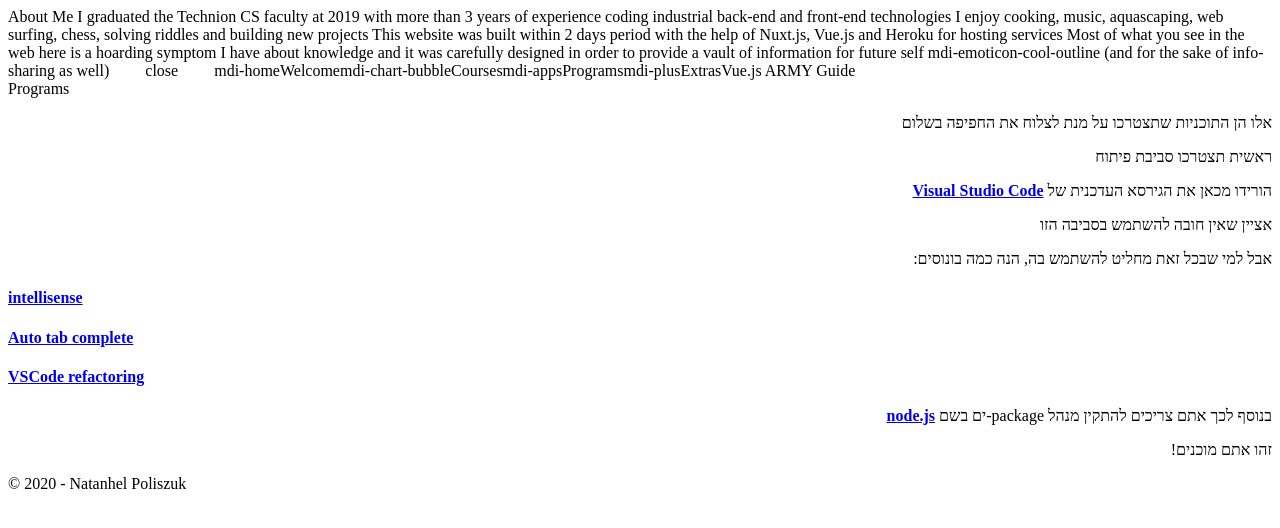
Repository: Natanhel/zvguide
Page: /Programs
An editor plug-in stored every save of this project. The page is shown before and after the next save, followed by the edit.
The browser window is 1280 px wide. The pictures show the whole page.
The project was rebuilt for these pictures with package versions that can differ from the ones it lists, and the page was loaded fresh each time. The framework's server and built-in components were replaced by stand-ins that run in the browser. Also part of the build but not shown: layouts/error.vue.

Above is the page before, as saved 2020-03-21 18:56:44.

### layouts/default.vue
<template>
  <v-app dark>
    <v-dialog
      v-model="aboutMe"
      max-width="450"
    >
      <v-card>
        <v-card-title>About Me</v-card-title>
        <v-card-text>
          I graduated the Technion CS faculty at 2019
          with more than 3 years of experience coding
          industrial back-end and front-end technologies
        </v-card-text>

        <v-card-text>
          I enjoy cooking, music, aquascaping, web surfing,
          chess, solving riddles and building new projects
        </v-card-text>

        <v-card-text>
          This website was built within 2 days period
          with the help of Nuxt.js, Vue.js and Heroku
          for hosting services
        </v-card-text>

        <v-card-text>
          Most of what you see in the web here
          is a hoarding symptom I have about knowledge and
          it was carefully designed in order to provide a
          vault of information for future self
          <v-icon>mdi-emoticon-cool-outline</v-icon>
        </v-card-text>
        <v-card-text>
          (and for the sake of info-sharing as well)
        </v-card-text>
        <v-card-action>
          <v-btn class="closeBtn" color="primary" @click="aboutMe = !aboutMe">
            close
          </v-btn>
        </v-card-action>
      </v-card>
    </v-dialog>
    <v-navigation-drawer
      v-model="drawer"
      :mini-variant="miniVariant"
      :clipped="clipped"
      fixed
      app
    >
      <v-list>
        <v-list-item
          v-for="(item, i) in items"
          :key="i"
          :to="item.to"
          router
          exact
        >
          <v-list-item-action>
            <v-icon>{{ item.icon }}</v-icon>
          </v-list-item-action>
          <v-list-item-content>
            <v-list-item-title v-text="item.title" />
          </v-list-item-content>
        </v-list-item>
      </v-list>
    </v-navigation-drawer>
    <v-app-bar
      :clipped-left="clipped"
      fixed
      app
    >
      <v-app-bar-nav-icon @click.stop="drawer = !drawer" />
      <v-toolbar-title v-text="title" />
      <v-spacer />
    </v-app-bar>
    <v-content>
      <v-container>
        <nuxt />
      </v-container>
    </v-content>
    <v-footer
      :fixed="fixed"
      app
    >
      <span @click="aboutMe = !aboutMe">&copy; {{ new Date().getFullYear() }} - Natanhel Poliszuk</span>
    </v-footer>
  </v-app>
</template>

<script>
export default {
  name: 'Default',
  data () {
    return {
      aboutMe: false,
      clipped: false,
      drawer: false,
      fixed: false,
      items: [
        {
          icon: 'mdi-home',
          title: 'Welcome',
          to: '/'
        },
        {
          icon: 'mdi-chart-bubble',
          title: 'Courses',
          to: '/courses'
        },
        {
          icon: 'mdi-apps',
          title: 'Programs',
          to: '/programs'
        },
        {
          icon: 'mdi-plus',
          title: 'Extras',
          to: '/extras'
        }
      ],
      miniVariant: false,
      right: false,
      rightDrawer: false,
      title: 'Vue.js ARMY Guide'
    }
  }
}
</script>

<style>
.closeBtn{
  padding: 1em;
  margin: 1em;
}
</style>

### pages/Programs.vue
<template>
  <div>
    <v-layout
      column
      justify-center
      align-center
    >
      <v-flex
        xs12
        sm8
        md6
      >
        <v-card>
          <v-card-title class="headline">
            {{ title }}
          </v-card-title>
          <v-card-text>
            <p>אלו הן התוכניות שתצטרכו על מנת לצלוח את החפיפה בשלום</p>
            <p>ראשית תצטרכו סביבת פיתוח</p>
            <p>
              הורידו מכאן את הגירסא העדכנית של <a
                href="https://code.visualstudio.com/"
                target="_blank"
              >
                <b>Visual Studio Code</b>
              </a>
            </p>
            <p>אציין שאין חובה להשתמש בסביבה הזו </p>
            <p> אבל למי שבכל זאת מחליט להשתמש בה, הנה כמה בונוסים:</p>

            <a
              href="https://code.visualstudio.com/docs/languages/javascript#_intellisense"
              target="_blank"
            >
              <h4>intellisense</h4>
            </a>

            <a
              href="https://code.visualstudio.com/docs/editor/intellisense#_tab-completion"
              target="_blank"
            >
              <h4>Auto tab complete</h4>
            </a>

            <a
              href="https://code.visualstudio.com/docs/editor/refactoring"
              target="_blank"
            >
              <h4>VSCode refactoring</h4>
            </a>
            <p />
            <p>
              בנוסף לכך אתם צריכים להתקין מנהל package-ים בשם <a
                href="https://nodejs.org/en/"
                target="_blank"
              >
                <b>node.js</b>
              </a>
            </p><p>זהו אתם מוכנים!</p>
          </v-card-text>
        </v-card>
      </v-flex>
    </v-layout>
  </div>
</template>

<script>
export default {
  transition: {
    name: 'test',
    mode: 'out-in'
  },
  data () {
    return {
      title: 'Programs'
    }
  }
}
</script>

<style>
p {
    direction: rtl;
}
</style>

After the next save:
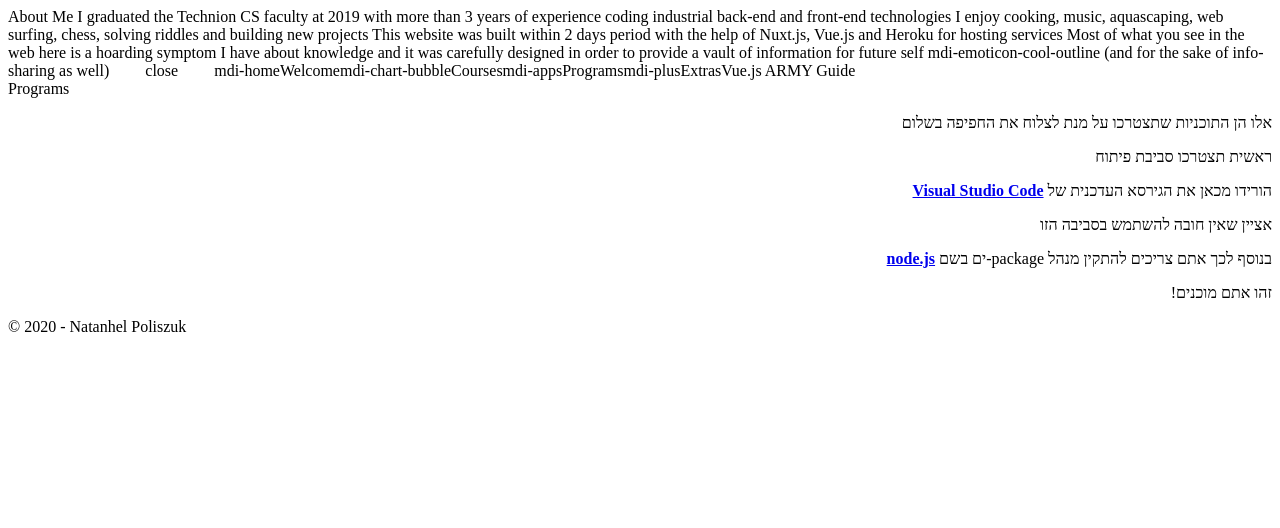
Saved 76 s later.
--- a/pages/Programs.vue
+++ b/pages/Programs.vue
@@ -26,28 +26,7 @@
               </a>
             </p>
             <p>אציין שאין חובה להשתמש בסביבה הזו </p>
-            <p> אבל למי שבכל זאת מחליט להשתמש בה, הנה כמה בונוסים:</p>
 
-            <a
-              href="https://code.visualstudio.com/docs/languages/javascript#_intellisense"
-              target="_blank"
-            >
-              <h4>intellisense</h4>
-            </a>
-
-            <a
-              href="https://code.visualstudio.com/docs/editor/intellisense#_tab-completion"
-              target="_blank"
-            >
-              <h4>Auto tab complete</h4>
-            </a>
-
-            <a
-              href="https://code.visualstudio.com/docs/editor/refactoring"
-              target="_blank"
-            >
-              <h4>VSCode refactoring</h4>
-            </a>
             <p />
             <p>
               בנוסף לכך אתם צריכים להתקין מנהל package-ים בשם <a
